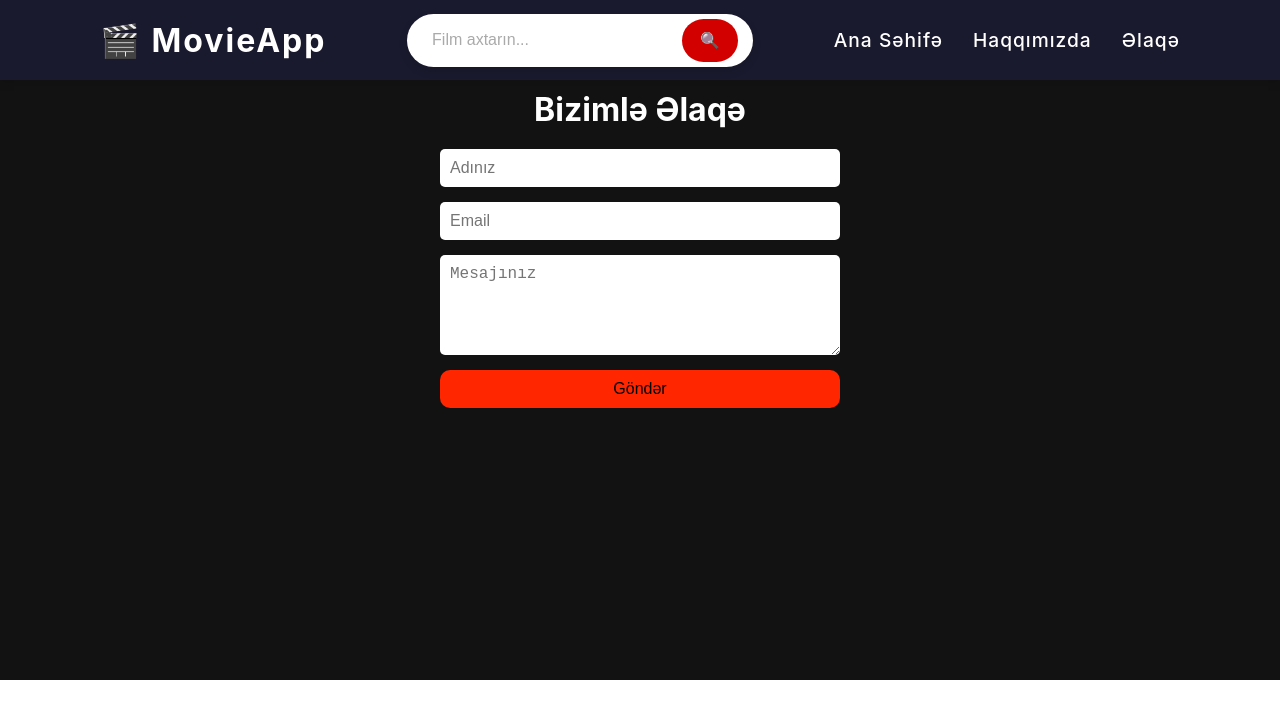
Repository: Zulfiyya077/InternIntelligence_MovieWebsite
Page: /contact
These files come from the project's save history. The page is drawn as it stood at one moment and after a run of saves; the edit follows.
The browser window is 1280 px wide. The pictures show the whole page.
The project was rebuilt for these pictures with package versions that can differ from the ones it lists, and the page was loaded fresh each time. Also part of the build but not shown: vite.config.js, src/services/MovieService.jsx, src/components/MovieCard.module.css, src/components/MovieCard.jsx, src/pages/Home.module.css, src/pages/Home.jsx, src/pages/MovieDetailsPage.module.css, src/pages/MovieDetailsPage.jsx and 4 more.

Above is the page before, as saved 2025-02-24 02:25:26.

### src/App.jsx
import React from 'react';
import { BrowserRouter as Router, Routes, Route } from 'react-router-dom';
import Home from './pages/Home';
import MovieDetailsPage from './pages/MovieDetailsPage';
import Navbar from './components/Navbar';
import styles from './App.module.css';
import About from './pages/About';
import Contact from './pages/Contact';
import SearchResultsPage from './pages/SearchResultsPage';
SearchResultsPage
const App = () => {
    return (
        <Router>
            <div className={styles.app}>
                <Navbar />
                <Routes>
                    <Route path="/" element={<Home />} />
                    <Route path="/about" element={<About />} />
                    <Route path="/contact" element={<Contact />} />
                    <Route path="" element={<SearchResultsPage />} />
                    <Route path="/movie/:id" element={<MovieDetailsPage />} />
                </Routes>
            </div>
        </Router>
    );
};

export default App;

### src/components/Navbar.jsx
import React from 'react';
import { Link } from 'react-router-dom';
import SearchBar from './SearchBar';
import styles from './Navbar.module.css';

const Navbar = () => {
    return (
        <nav className={styles.navbar}>
            <div className={styles.logo}>
                <Link to="/">🎬 MovieApp</Link>
            </div>
            <SearchBar />
            <ul className={styles.navLinks}>
                <li><Link to="/">Ana Səhifə</Link></li>
                <li><Link to="/about">Haqqımızda</Link></li>
                <li><Link to="/contact">Əlaqə</Link></li>
            </ul>
        </nav>
    );
};

export default Navbar;

### src/App.module.css
*{
  margin: 0;
  padding: 0;
  box-sizing: border-box;
}



.app-container {
  display: flex;
  flex-direction: column;
  align-items: center;
  padding: 20px;
}

.movie-list {
  display: flex;
  flex-wrap: wrap;
  justify-content: center;
}

.movie-card {
  margin: 10px;
  border: 1px solid #ccc; /* İsteğe bağlı */
  padding: 10px; /* İsteğe bağlı */
}

.movie-card img {
  max-width: 200px; /* İsteğe bağlı */
}

### src/pages/Contact.jsx
import React, { useState } from 'react';
import styles from './Contact.module.css';

const Contact = () => {
    const [name, setName] = useState('');
    const [email, setEmail] = useState('');
    const [message, setMessage] = useState('');

    const handleSubmit = (e) => {
        e.preventDefault();
        alert(`Təşəkkürlər, ${name}! Mesajınız göndərildi.`);
        setName('');
        setEmail('');
        setMessage('');
    };

    return (
        <div className={styles.contact}>
            <h2>Bizimlə Əlaqə</h2>
            <form onSubmit={handleSubmit}>
                <input
                    type="text"
                    placeholder="Adınız"
                    value={name}
                    onChange={(e) => setName(e.target.value)}
                    required
                />
                <input
                    type="email"
                    placeholder="Email"
                    value={email}
                    onChange={(e) => setEmail(e.target.value)}
                    required
                />
                <textarea
                    placeholder="Mesajınız"
                    value={message}
                    onChange={(e) => setMessage(e.target.value)}
                    required
                ></textarea>
                <button type="submit">Göndər</button>
            </form>
        </div>
    );
};

export default Contact;

### src/components/SearchBar.jsx
import React, { useState } from 'react';
import { useNavigate } from 'react-router-dom';
import styles from './SearchBar.module.css';

const SearchBar = () => {
    const [query, setQuery] = useState('');
    const navigate = useNavigate();

    const handleSearch = (e) => {
        e.preventDefault();
        if (query.trim()) {
            navigate(`/search/${query}`);
            setQuery('');
        }
    };

    return (
        <form onSubmit={handleSearch} className={styles.searchBar}>
            <input
                type="text"
                placeholder="Film axtarın..."
                value={query}
                onChange={(e) => setQuery(e.target.value)}
            />
            <button type="submit">🔍</button>
        </form>
    );
};

export default SearchBar;

### src/components/Navbar.module.css
/* Navbar */
.navbar {
    display: flex;
    align-items: center;
    justify-content: space-between;
    background-color: #2f2f3d; /* Daha qaranlıq bir fon */
    padding: 10px 100px;
    color: white;
    box-shadow: 0 4px 8px rgba(0, 0, 0, 0.1); /* Sıx kölgə əlavə edildi */
    position: sticky;
    top: 0;
    z-index: 1000;
    transition: background-color 0.3s ease;
    height: 80px;
}

.navbar:hover {
    background-color: #1a1a2e; /* Navbar-ın hover effekti */
}

.logo a {
    font-size: 2rem;
    color: white;
    text-decoration: none;
    font-weight: 700;
    letter-spacing: 2px;
    transition: transform 0.3s ease, color 0.3s ease;
}

.logo a:hover {
    transform: scale(1.1); /* Hover effekti ilə logo böyüyəcək */
    color: #ffcc00; /* Hoverda logo rəngi dəyişir */
}

.navLinks {
    list-style: none;
    display: flex;
    gap: 30px;
}

.navLinks li {
    position: relative;
}

.navLinks li a {
    color: white;
    text-decoration: none;
    font-size: 1.2rem;
    font-weight: 500;
    letter-spacing: 1px;
    transition: color 0.3s ease, transform 0.3s ease;
}

.navLinks li a:hover {
    color: #ffcc00;
    transform: translateY(-5px); /* Hoverda yuxarı doğru hərəkət edir */
}

/* Underline hover animation */
.navLinks li a::after {
    content: '';
    position: absolute;
    width: 0;
    height: 2px;
    background-color: #ffcc00;
    left: 50%;
    bottom: -5px;
    transition: width 0.3s, left 0.3s;
    transform: translateX(0%);
}

.navLinks li a:hover::after {
    width: 100%; /* Hover edildikdə alt xətt tam görünür */
    left: 0;
}

/* Animation for navbar items */
.navLinks li {
    animation: fadeInUp 0.5s ease-out forwards;
    opacity: 0;
}

.navLinks li:nth-child(1) {
    animation-delay: 0.2s;
}

.navLinks li:nth-child(2) {
    animation-delay: 0.3s;
}

.navLinks li:nth-child(3) {
    animation-delay: 0.4s;
}

.navLinks li:nth-child(4) {
    animation-delay: 0.5s;
}

/* FadeInUp animation for nav items */
@keyframes fadeInUp {
    from {
        opacity: 0;
        transform: translateY(20px);
    }
    to {
        opacity: 1;
        transform: translateY(0);
    }
}

/* Responsive Navbar */
@media (max-width: 768px) {
    .navbar {
        flex-direction: column;
        padding: 15px 25px;
    }

    .navLinks {
        flex-direction: column;
        gap: 15px;
        margin-top: 20px;
    }

    .logo a {
        font-size: 1.8rem;
    }

    .navLinks li a {
        font-size: 1.2rem;
    }
}

### src/pages/Contact.module.css
.contact {
    text-align: center;
    padding: 10px;
    color: white;
    background-color: #121212;
    height: calc(100vh - 120px);
}

.contact h2 {
    font-size: 2rem;
    margin-bottom: 20px;
}

.contact form {
    display: flex;
    flex-direction: column;
    max-width: 400px;
    margin: 0 auto;
    gap: 15px;
}

.contact input,
.contact textarea {
    padding: 10px;
    font-size: 1rem;
    border: none;
    border-radius: 5px;
}

.contact textarea {
    height: 100px;
}

.contact button {
    background-color: #ff2600;
    border: none;
    padding: 10px;
    font-size: 1rem;
    cursor: pointer;
    border-radius: 10px;
}

.contact button:hover {
    background-color: #e6b800;
}

### src/components/SearchBar.module.css
/* Search Bar */
.searchBar {
    display: flex;
    align-items: center;
    background-color: white;
    border-radius: 30px;
    box-shadow: 0 4px 10px rgba(0, 0, 0, 0.1);
    transition: box-shadow 0.3s ease, transform 0.3s ease;
    padding: 5px 15px;
}

.searchBar:hover {
    transform: scale(1.05); /* Search bar hover zamanı yavaşca böyüyür */
    box-shadow: 0 6px 15px rgba(0, 0, 0, 0.15); /* Hover zamanı kölgə daha da artır */
}

.searchBar input {
    border: none;
    padding: 10px;
    outline: none;
    font-size: 1rem;
    width: 250px;
    transition: width 0.3s ease, padding 0.3s ease;
    border-radius: 20px;
    color: #333;
    font-weight: 500;
}

.searchBar input:focus {
    width: 300px; /* Fokus halında genişlənir */
    padding: 12px;
    transition: all 0.3s ease;
}

.searchBar input::placeholder {
    color: #aaa;
    font-weight: 300;
    transition: color 0.3s ease;
}

.searchBar input:focus::placeholder {
    color: #ffcc00; /* Fokus halında placeholder rəngi dəyişir */
}

.searchBar button {
    background-color: #d30000;
    border: none;
    padding: 12px 18px;
    cursor: pointer;
    font-size: 1rem;
    color: white;
    border-radius: 30px;
    margin-left: 10px;
    transition: background-color 0.3s ease, transform 0.3s ease;
}

.searchBar button:hover {
    background-color: #e6b800; /* Hoverda button rəngi dəyişir */
    transform: scale(1.1); /* Hoverda böyümə effekti */
}

.searchBar button:active {
    background-color: #d49e00; /* Klikləmə effekti */
    transform: scale(1); /* Tıkladıqda normal ölçüyə dönər */
}

.searchBar button:focus {
    outline: none;
    box-shadow: 0 0 0 4px rgba(255, 204, 0, 0.6); /* Fokusda şəffaf sarı rəngdə kontur */
}

Loaded but not shown: index.html (common file); src/main.jsx (common file); src/index.css (common file)

After the next 2 saves:
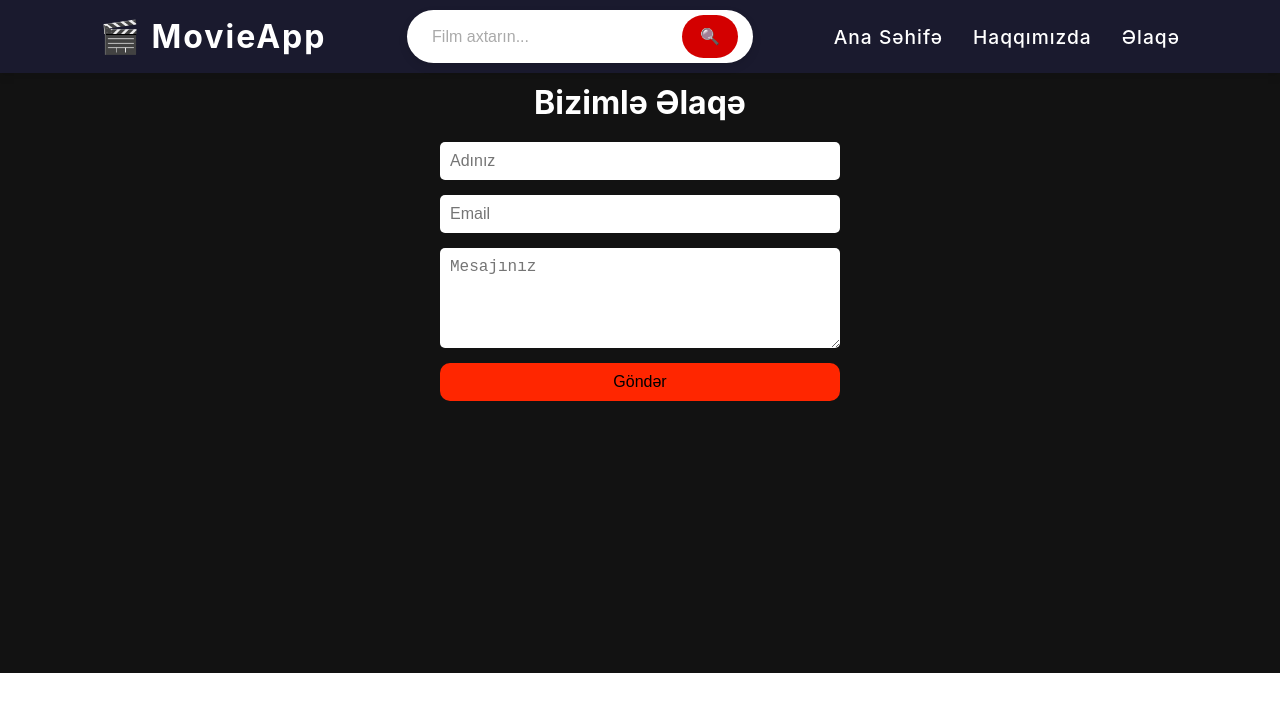
The 2 saves are shown as one change because they came seconds apart.
The last was saved 37 s later.
--- a/src/components/Navbar.module.css
+++ b/src/components/Navbar.module.css
@@ -11,7 +11,7 @@
     top: 0;
     z-index: 1000;
     transition: background-color 0.3s ease;
-    height: 80px;
+
 }
 
 .navbar:hover {
